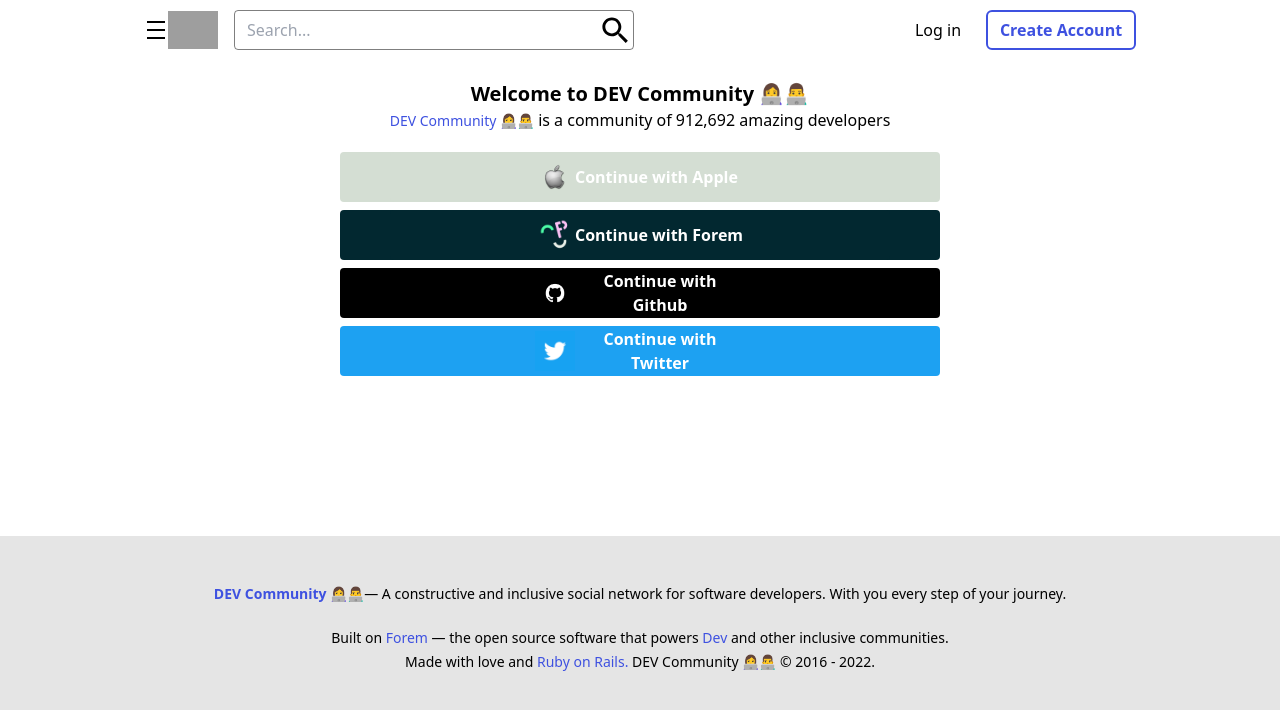
Repository: dat-nguyen-2001/dev.to-stopped-
Page: /enter (app in client/)
An editor plug-in stored every save of this project. The page is shown before and after the next save, followed by the edit.
The browser window is 1280 px wide. The pictures show the whole page.
Pictures or frames that could not be fetched are drawn as grey boxes. The project was rebuilt for these pictures with package versions that can differ from the ones it lists, and the page was loaded fresh each time. The framework's server and built-in components were replaced by stand-ins that run in the browser. Also part of the build but not shown: client/next.config.js.

Above is the page before, as saved 2022-09-19 11:41:41.

### client/pages/_app.tsx
import React from 'react'
import { AppProps } from 'next/app'


import '../styles/index.css'

function MyApp({ Component, pageProps }: AppProps) {
  return <Component {...pageProps} />
}

export default MyApp

### client/pages/enter.tsx
import Layout from "../components/Layout"
import RegisterForm from "../components/RegisterForm"
import Link from "next/link"

const Register = () => {
    return (
        <Layout title="Welcome-DEV Community 👩‍💻👨‍💻">
            <div className="text-center mx-auto w-[85vw] max-w-[600px]">
                <h1 className="font-bold text-xl">Welcome to DEV Community 👩‍💻👨‍💻</h1>
                <p><span className="text-[#3e51e0] hover:underline text-sm">
                    <Link href={'/'}>
                        DEV Community 👩‍💻👨‍💻
                    </Link>
                </span> is a community of 912,692 amazing developers</p>
                <div className="flex flex-col space-y-2 mt-[20px]">
                    <div className="bg-[#d4ded3] rounded">
                        <RegisterForm bg="#d4ded3" platform="Apple" logo="apple-logo.jpg" />
                    </div>
                    <div className="bg-[#022830] rounded">
                        <RegisterForm bg="#022830" platform="Forem" logo="forem_logo.png" />
                    </div>
                    <div className="bg-[#000000] rounded">
                        <RegisterForm bg="#000000" platform="Github" logo="github_logo.png" />
                    </div>
                    <div className="bg-[#1da1f2] rounded">
                        <RegisterForm bg="#1da1f2" platform="Twitter" logo="twitter_logo.png" />
                    </div>
                </div>
            </div>
        </Layout>
    )
}

export default Register

### client/styles/index.css
@tailwind base;
@tailwind components;
@tailwind utilities;

.nav-wrapper {
    justify-content: space-between;
}

### client/components/Layout.tsx
import React, { ReactNode } from 'react'
import Head from 'next/head'
import Footer from './Footer'
import NavBar from './nav/NavBar'

interface Props {
  children?: ReactNode
  title?: string
}

const Layout = ({ children, title = 'This is the default title' }: Props) => (
  <div>
    <Head>
      <title>{title}</title>
      <meta charSet="utf-8" />
      <meta name="viewport" content="initial-scale=1.0, width=device-width" />
      <link rel="icon" href="dev.to.png" />
    </Head>
    <NavBar />
    <div className='mt-20'>
      {children}
    </div>
    <Footer />
  </div>
)

export default Layout

### client/components/RegisterForm.tsx

interface Props {
    bg: string,
    platform: string,
    logo: string
}

const RegisterForm = ({ bg, platform, logo }: Props) => {
    return (
        <div className={`w-[80vw] max-w-[500px] h-[50px] bg-inherit text-white font-bold rounded mx-auto flex items-center`}>
            <div className={`w-[210px] flex items-center mx-auto text-center`}>
                <img src={logo} width={40} height={40} />
                Continue with {platform}
            </div>
        </div>
    )
}

export default RegisterForm

### client/components/Footer.tsx
import Link from "next/link"



const Footer = () => {

    return (
        <div className="fixed bottom-0 w-screen bg-[#e5e5e5] text-sm">
            <div className="max-w-[1024px] m-auto text-center my-12 flex flex-col space-y-1">
                <p className="mb-5">
                    <span className="text-[#3e51e0] font-bold hover:underline">
                        <Link href={'/'}>
                            DEV Community 👩‍💻👨‍💻
                        </Link>
                    </span>
                    — A constructive and inclusive social network for software developers. With you every step of your journey.
                </p>
                <p>
                    Built on
                    <span> </span>
                    <span className="text-[#3e51e0] hover:underline">
                        <Link href={'https://forem.com/'}>
                            <a target="_blank" rel="noopener noreferrer">
                                Forem
                            </a>
                        </Link>
                    </span> — the open source software that powers
                    <span> </span>
                    <span className="text-[#3e51e0] hover:underline">
                        <Link href={'/'}>
                            Dev
                        </Link>
                    </span> and other inclusive communities.
                </p>
                <p>
                    Made with love and
                    <span> </span>
                    <span className="text-[#3e51e0] hover:underline">
                        <Link href={'https://rubyonrails.org/'}>
                            <a target="_blank" rel="noopener noreferrer">
                                Ruby on Rails.
                            </a>
                        </Link>
                    </span> DEV Community 👩‍💻👨‍💻 © 2016 - 2022.
                </p>
            </div>
        </div>)
}

export default Footer

### client/components/nav/NavBar.tsx
import GuestNav from "./GuestNav";
import DensityMediumIcon from '@mui/icons-material/DensityMedium'; import Link from "next/link";
import SearchIcon from '@mui/icons-material/Search';

const NavBar = () => {
    return (
        <div className="flex nav-wrapper w-screen h-[60px] px-2 lg:px-36 bg-white fixed top-0">
            <div className="flex items-center space-x-3 h-[70%] w-full my-auto md:space-x-reverse md:space-x-4">
                <DensityMediumIcon className="my-auto cursor-pointer md:hidden" />
                <Link href={'/'} >
                    <img src="https://dev-to-uploads.s3.amazonaws.com/uploads/logos/resized_logo_UQww2soKuUsjaOGNB38o.png" width={50} className="cursor-pointer" />
                </Link>
                <div className="hidden w-[400px] md:flex items-center text-center h-[40px] border-[1.5px] border-black/50 rounded">
                    <input
                        placeholder="Search..."
                        className=" w-[90%] h-[100%] outline-none ml-3" />
                    <SearchIcon fontSize='large' />
                </div>
            </div>
            <div className="flex items-center">
                <GuestNav />
            </div>
        </div>
    )
}

export default NavBar

### client/components/nav/GuestNav.tsx
import SearchIcon from '@mui/icons-material/Search';
import Link from 'next/link';

const GuestNav = () => {
    return (
        <div className='flex space-x-2'>
            <div className='w-10 h-10 bg-[#e5e5e5] rounded-lg cursor-pointer md:hidden'>
                <SearchIcon fontSize='large' className='my-auto pt-2 pl-2' />
            </div>
            <div className="hidden md:inline">
                <Link href={"/enter"}>
                    <button className='w-[80px] h-[40px] px-2 rounded-md text-gray hover:bg-[#3e51e0]/25 hover:text-[#3e51e0]/80 hover:underline'>
                        Log in
                    </button>
                </Link>
            </div>
            <Link href={"/register"}>
                <button className='min-w-[150px] h-[40px] border-solid border-[#3e51e0] border-2 px-2 rounded-md text-[#3e51e0] font-semibold hover:bg-[#3e51e0] hover:text-white hover:underline'>
                    Create Account
                </button>
            </Link>
        </div>
    )
}

export default GuestNav

Loaded but not shown: client/tailwind.config.js (common file)

After the next save:
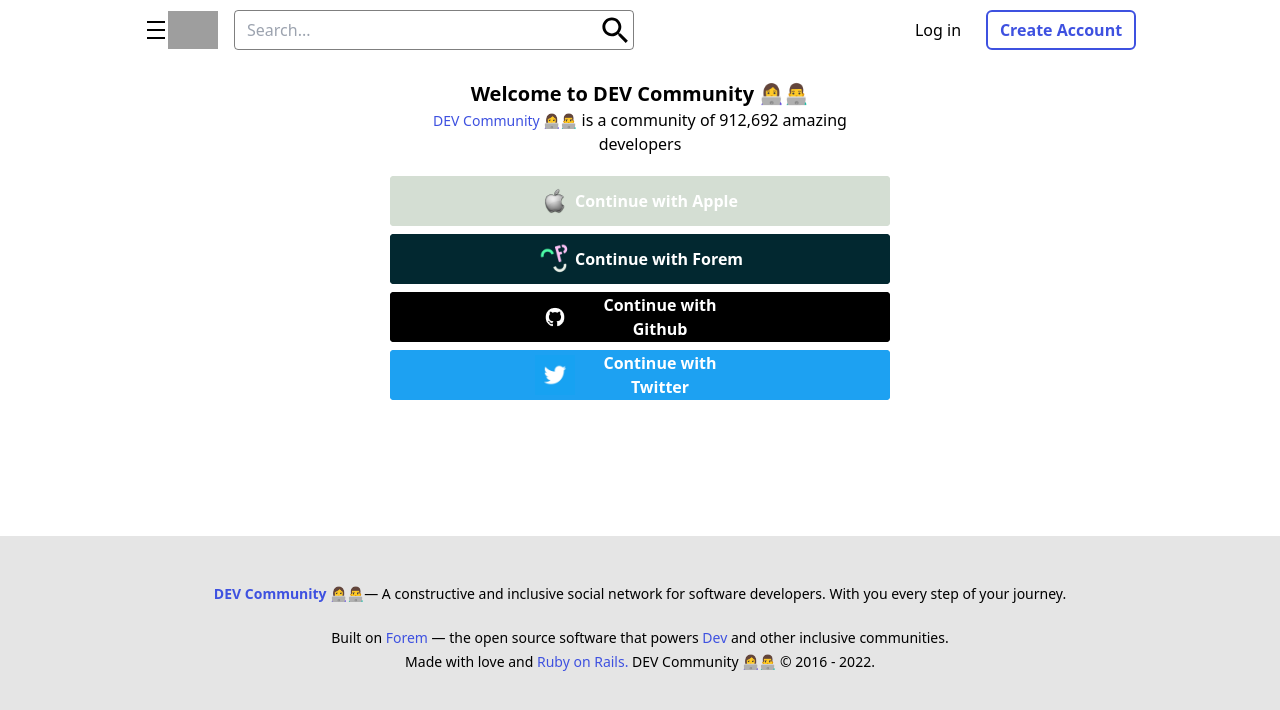
Saved 21 s later.
--- a/client/pages/enter.tsx
+++ b/client/pages/enter.tsx
@@ -5,7 +5,7 @@
 const Register = () => {
     return (
         <Layout title="Welcome-DEV Community 👩‍💻👨‍💻">
-            <div className="text-center mx-auto w-[85vw] max-w-[600px]">
+            <div className="text-center mx-auto w-[85vw] max-w-[500px]">
                 <h1 className="font-bold text-xl">Welcome to DEV Community 👩‍💻👨‍💻</h1>
                 <p><span className="text-[#3e51e0] hover:underline text-sm">
                     <Link href={'/'}>
